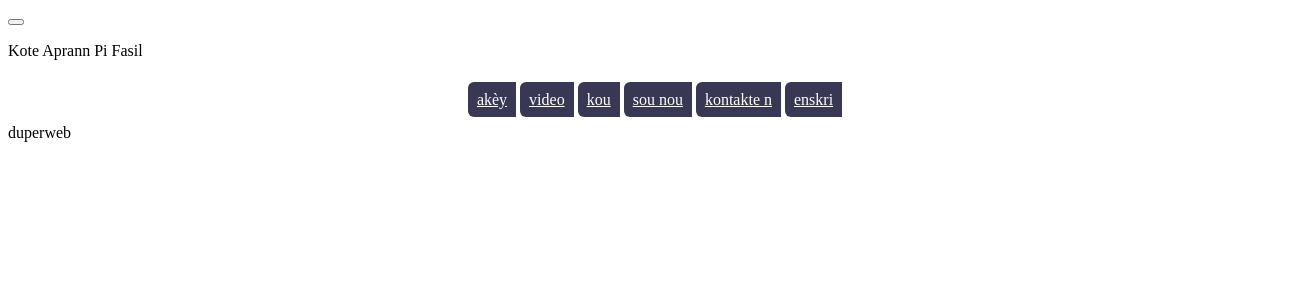
Repository: duperweb/docweb
Page: index.html
An editor plug-in stored every save of this project. The page is shown before and after a run of saves, followed by the edit.
The browser window is 1280 px wide. The page is 1302 px wide, so the pictures cover 1302 px, including what lies to the right of the window. The pictures show the whole page.

Above is the page before, as saved 2021-03-16 14:58:52.

After the next 5 saves:
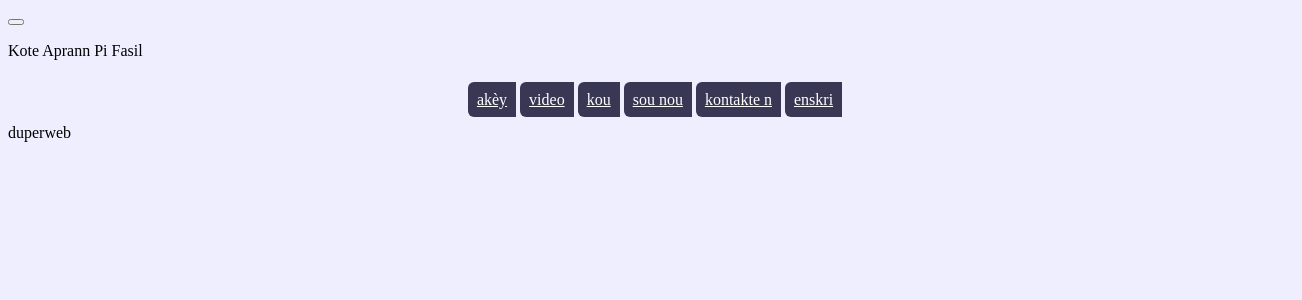
The 5 saves are shown as one change because they came seconds apart.
The last was saved 17 s later.
--- a/assets/css/home.css
+++ b/assets/css/home.css
@@ -4,7 +4,8 @@ IMPORTING OTHER FILE TO LOAD FIRST
 
 
 /********************************
-********************************
+
+********************************/
 
 body {
     background-color: #eef;
